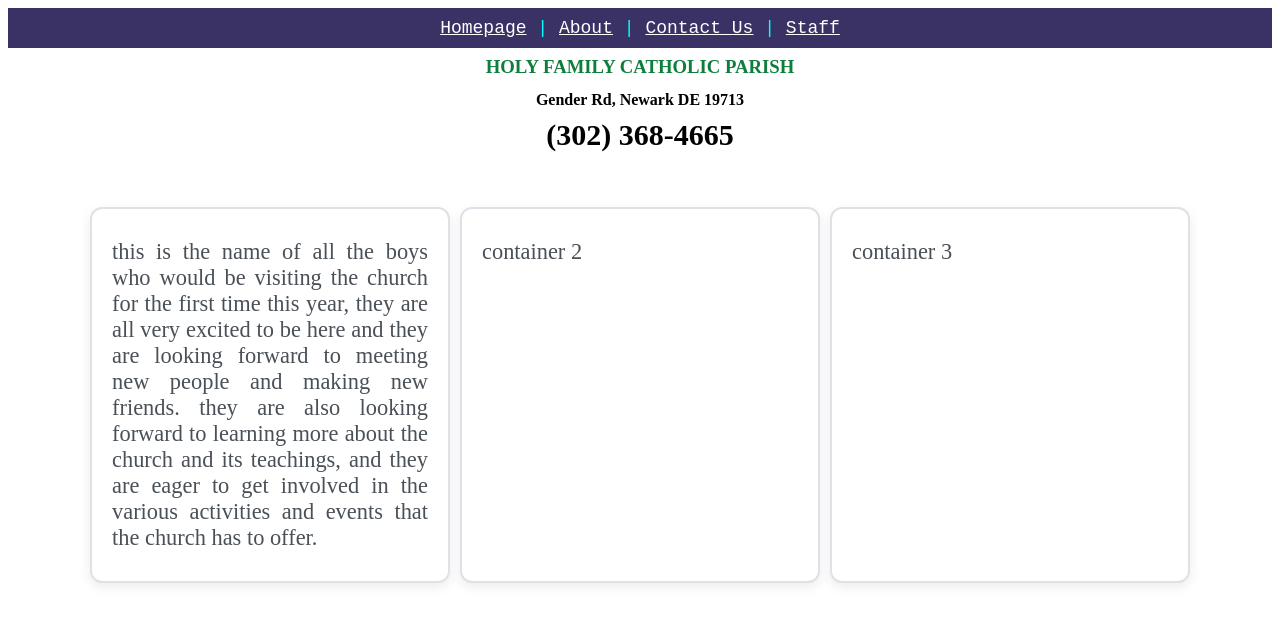
Repository: ficotims/HTML-RESTART
Page: Homepage.html
These files come from the project's save history. The page is drawn as it stood at one moment and after the next save; the edit follows.
The browser window is 1280 px wide. The pictures show the whole page.

Above is the page before, as saved 2026-02-10 23:00:32.

After the next save:
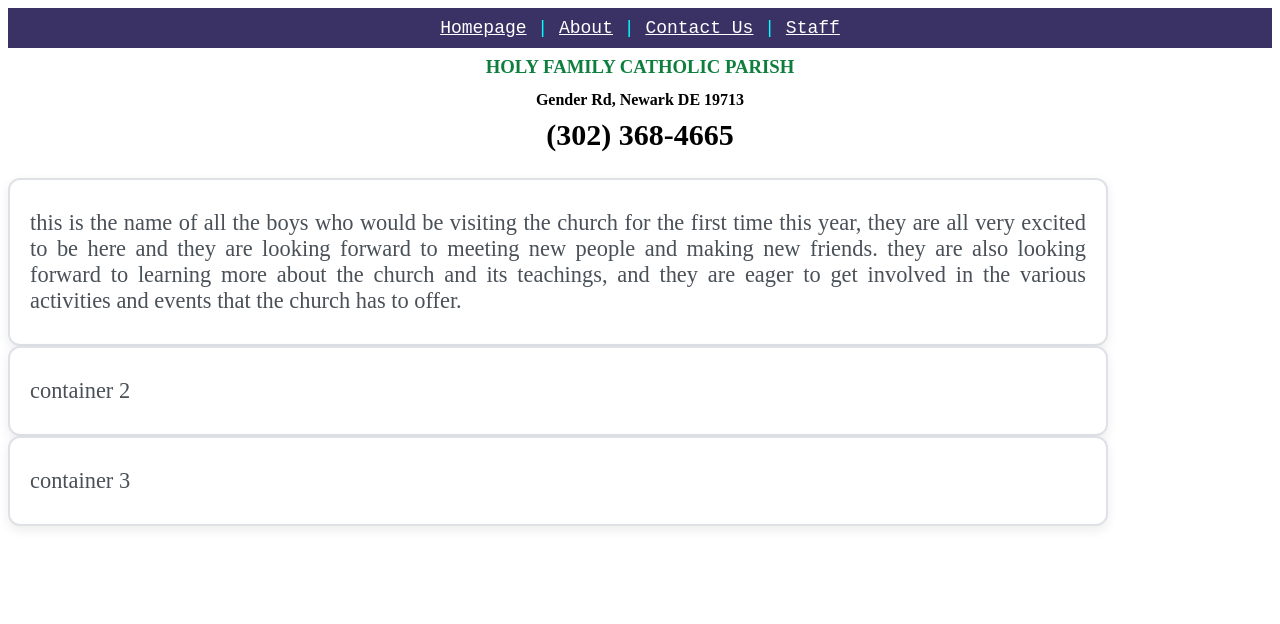
Saved 44 s later.
--- a/Style 1.css
+++ b/Style 1.css
@@ -5,7 +5,7 @@ margin: 50px;}
 
 .container {
   max-width: 1100px;
-  margin: 50px auto;
+  margin: 50px
 
   display: flex;              /* ← this is the magic line */
   gap: 10px;                  /* space between boxes */
